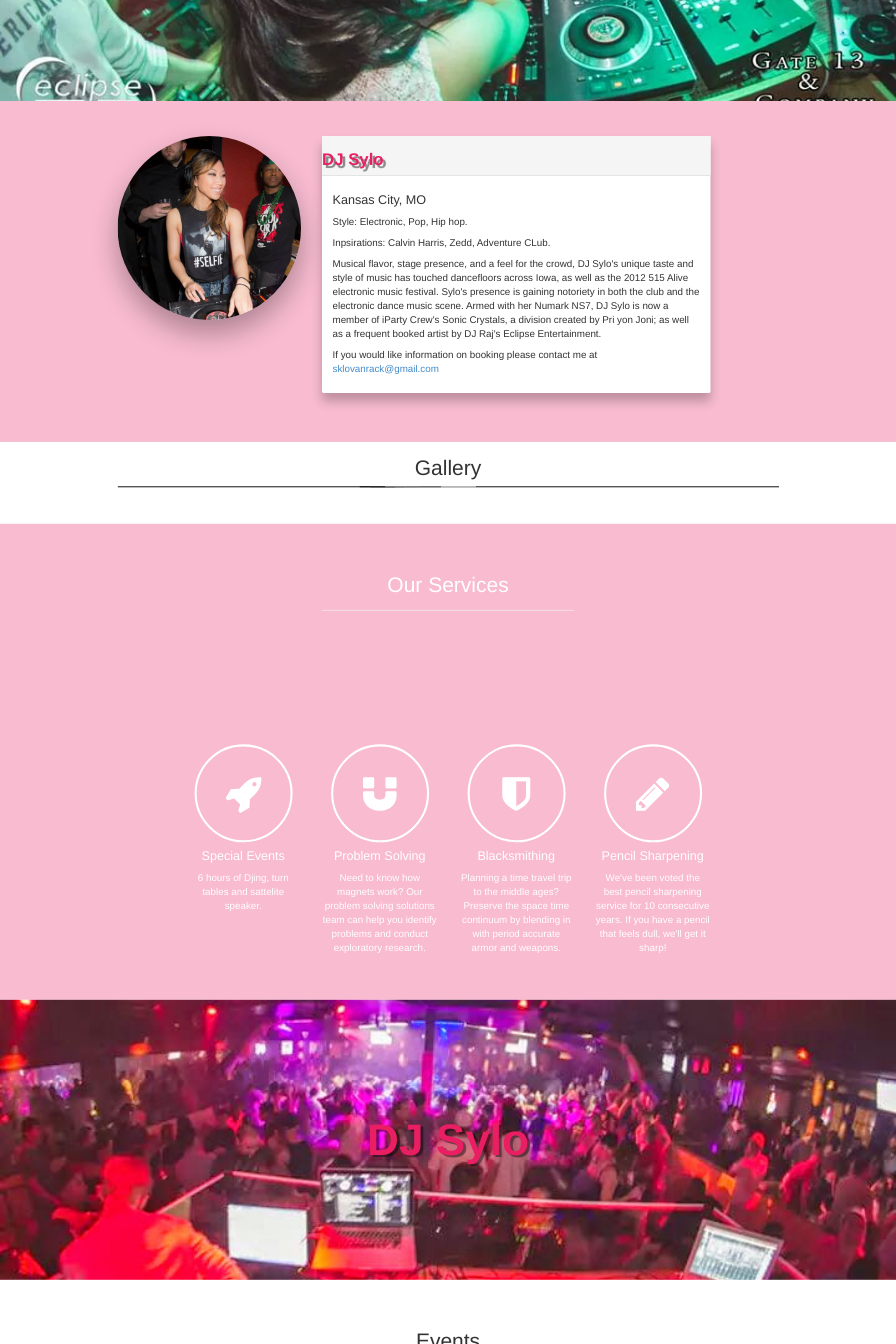
Repository: BambooXLotus/DjSylo
Page: client/index.html
The author's editor kept a record of every edit. The page is drawn from the files as they stood at one moment, then again after the next edit.
The browser window is 1280 px wide. The pictures show the part of the page from y = 576 to 2496 px (the page is 4330 px tall before and 4329 px after), at 70% of full size.
Pictures or frames that could not be fetched are drawn as grey boxes. Some icons come from a web library that is not loaded, so they are not drawn. Backgrounds fixed to the window are drawn as part of the page. Some web libraries are served in a nearby version.

Above is the page before.

After the next edit:
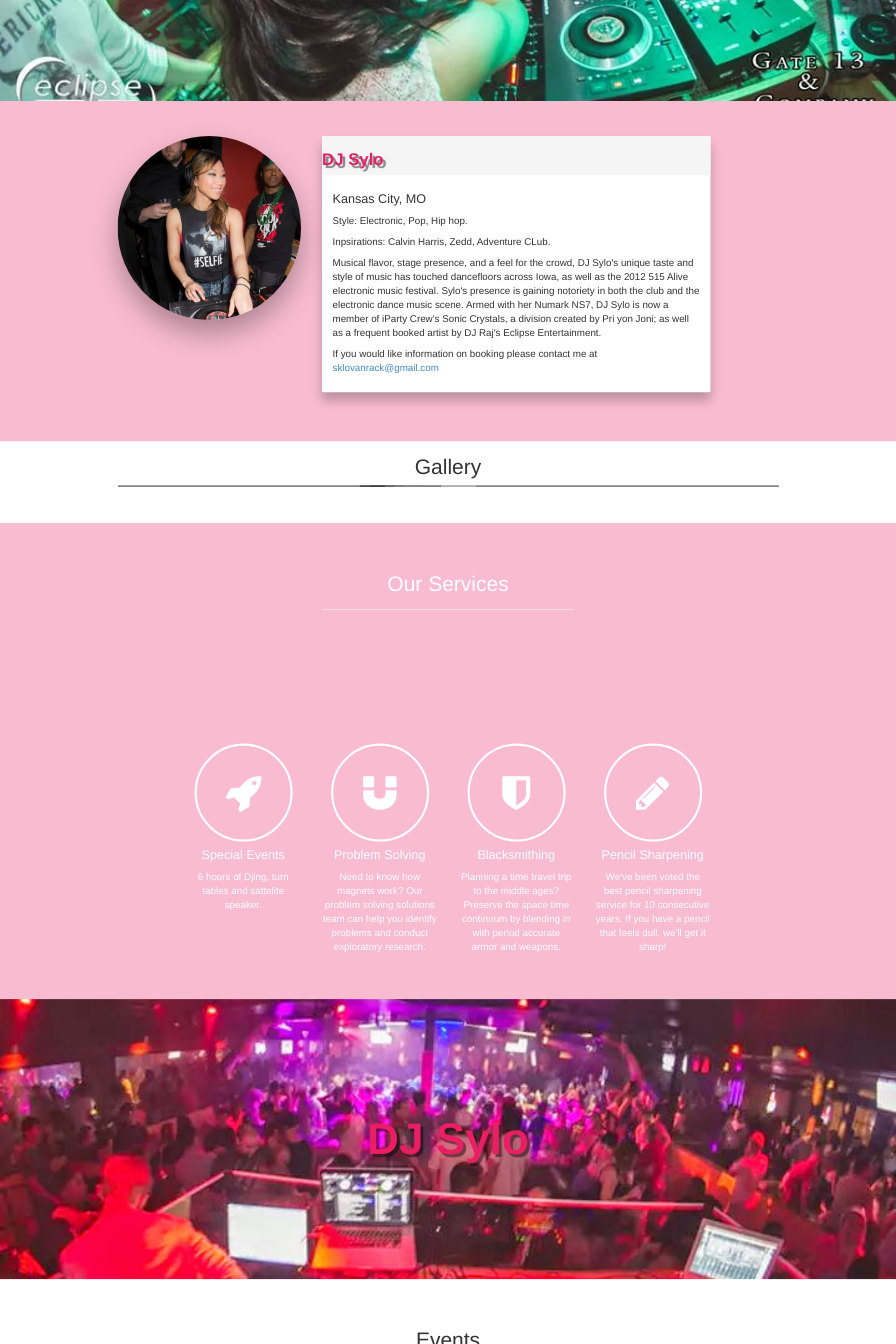
The edit:
--- a/client/css/stylish-portfolio.css
+++ b/client/css/stylish-portfolio.css
@@ -301,6 +301,7 @@
     background: #ffffff;
     overflow: hidden;
     padding: 0px;
+    border-bottom: 0px;
 }
 
 .stickyBottom {
